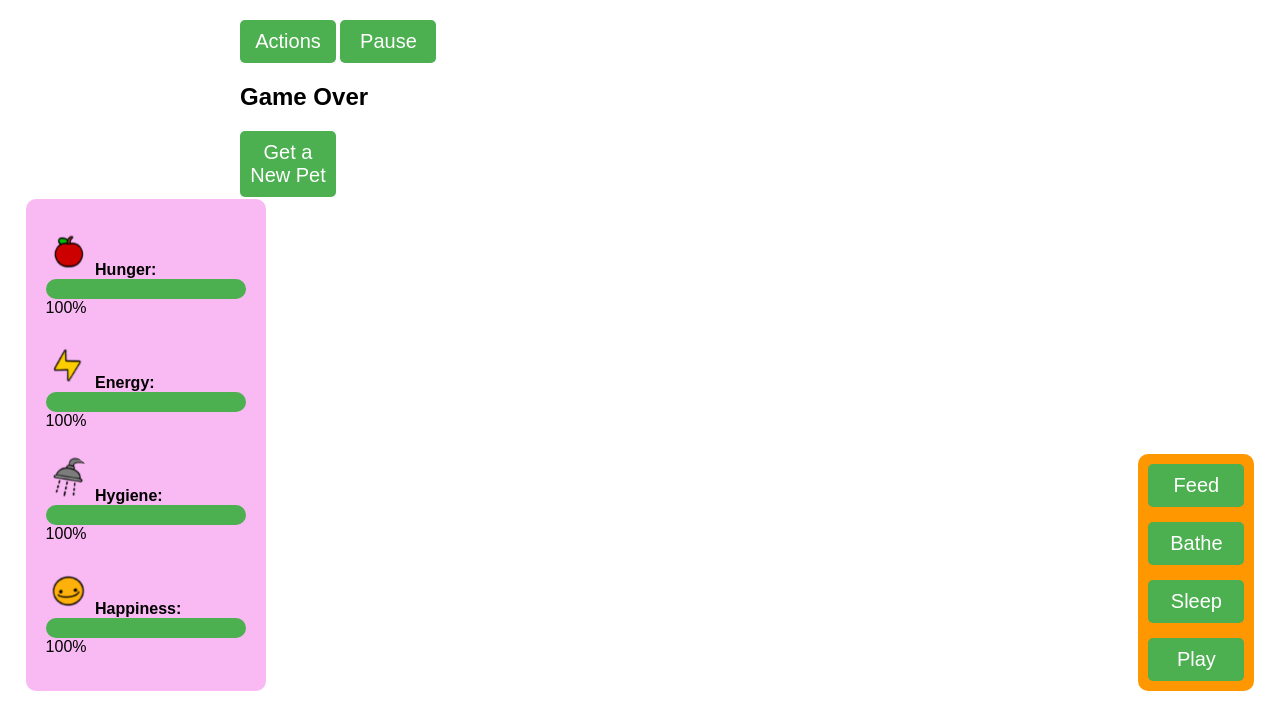
Repository: sarahjx/CapyCare
Page: html/index.html
The author's editor kept a copy of each file at every save. The page is drawn from the files as they stood at one save, then again after the next save.
The browser window is 1280 px wide. The pictures show the whole page.
Some web fonts or font styles are not loaded; a fallback is used.

Above is the page before, as saved 2025-04-30 18:06:39.

After the next save:
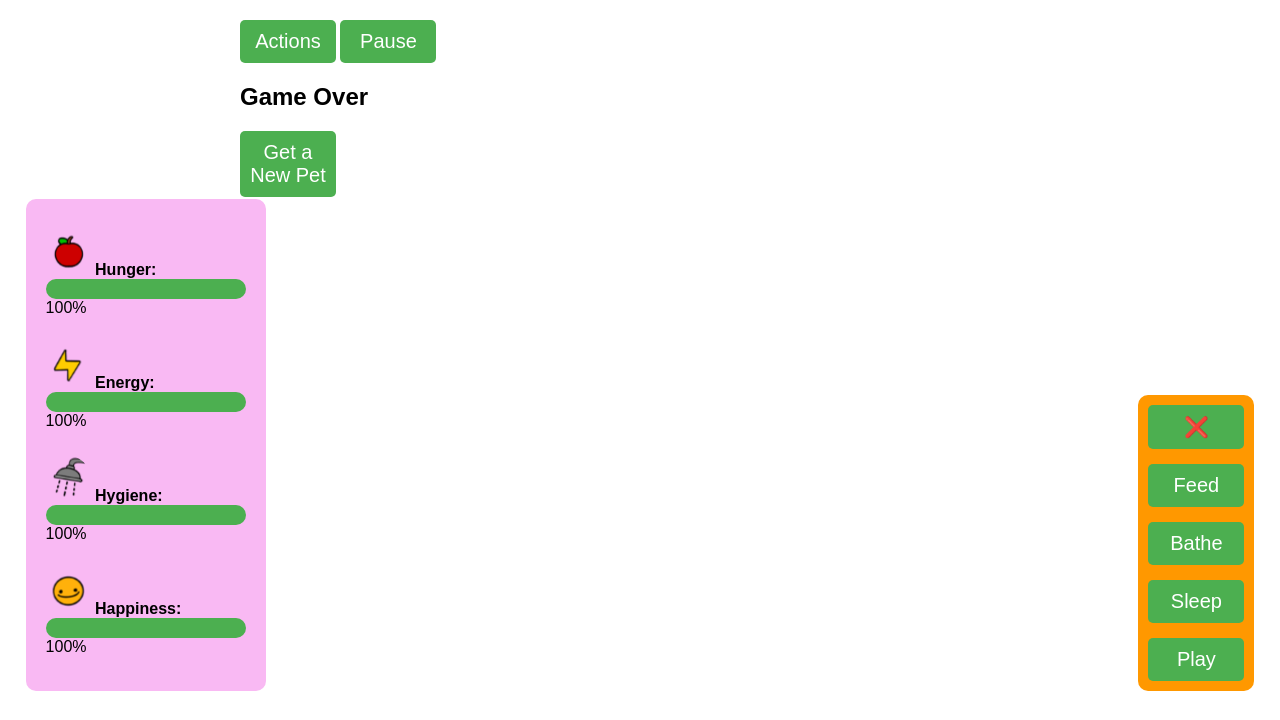
Saved 7 s later.
--- a/html/index.html
+++ b/html/index.html
@@ -63,7 +63,7 @@
     <button id="toggle-button">Actions</button>
 
       <div class="action-buttons" id="button-column">
-
+        <button id="close-button">❌</button>
         <button onclick="feedPet(currentPet)">Feed</button>
         <button onclick="bathePet(currentPet)">Bathe</button>
         <button onclick="bedtime(currentPet)">Sleep</button>
